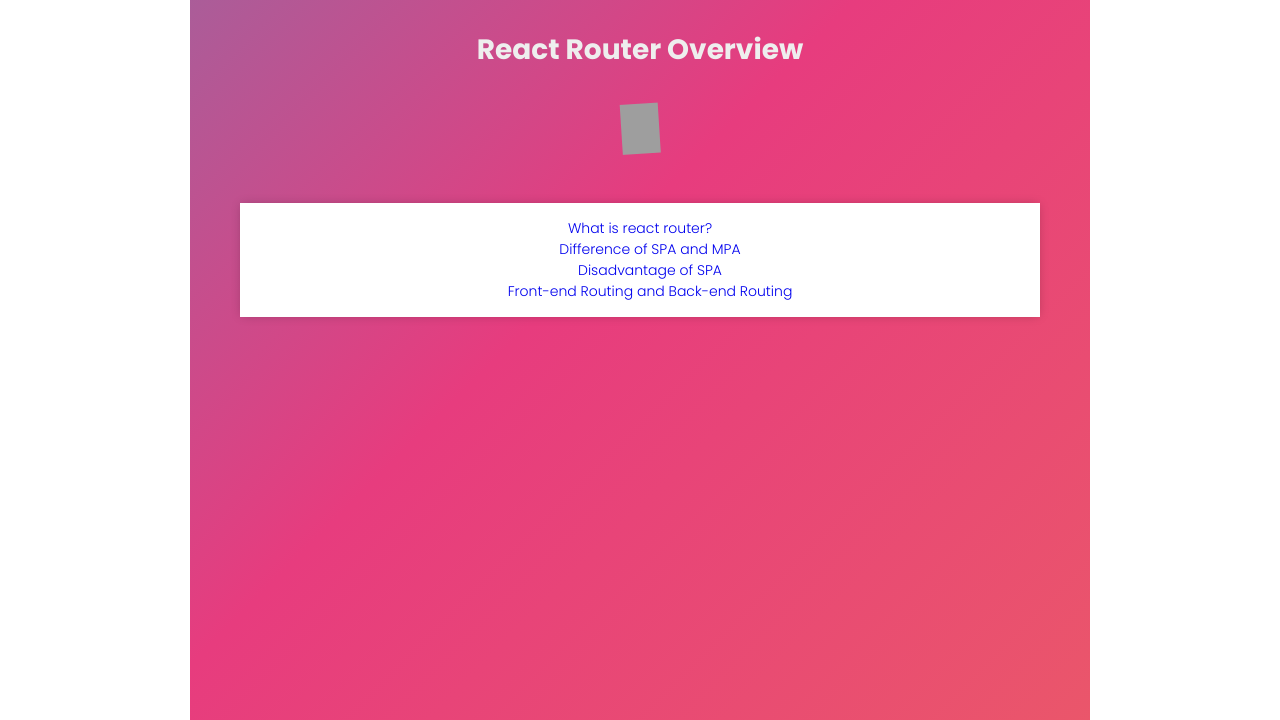
Repository: nguy3nds/2021-18-9-react
Page: /
The author's editor kept a copy of each file at every save. The page is drawn from the files as they stood at one save, then again after the next save.
The browser window is 1280 px wide. The pictures show the whole page.
Pictures or frames that could not be fetched are drawn as grey boxes. The project was rebuilt for these pictures with package versions that can differ from the ones it lists, and the page was loaded fresh each time. Also part of the build but not shown: src/components/What.js, src/components/Why.js, src/components/How.js.

Above is the page before, as saved 2021-09-19 21:53:46.

After the next save:
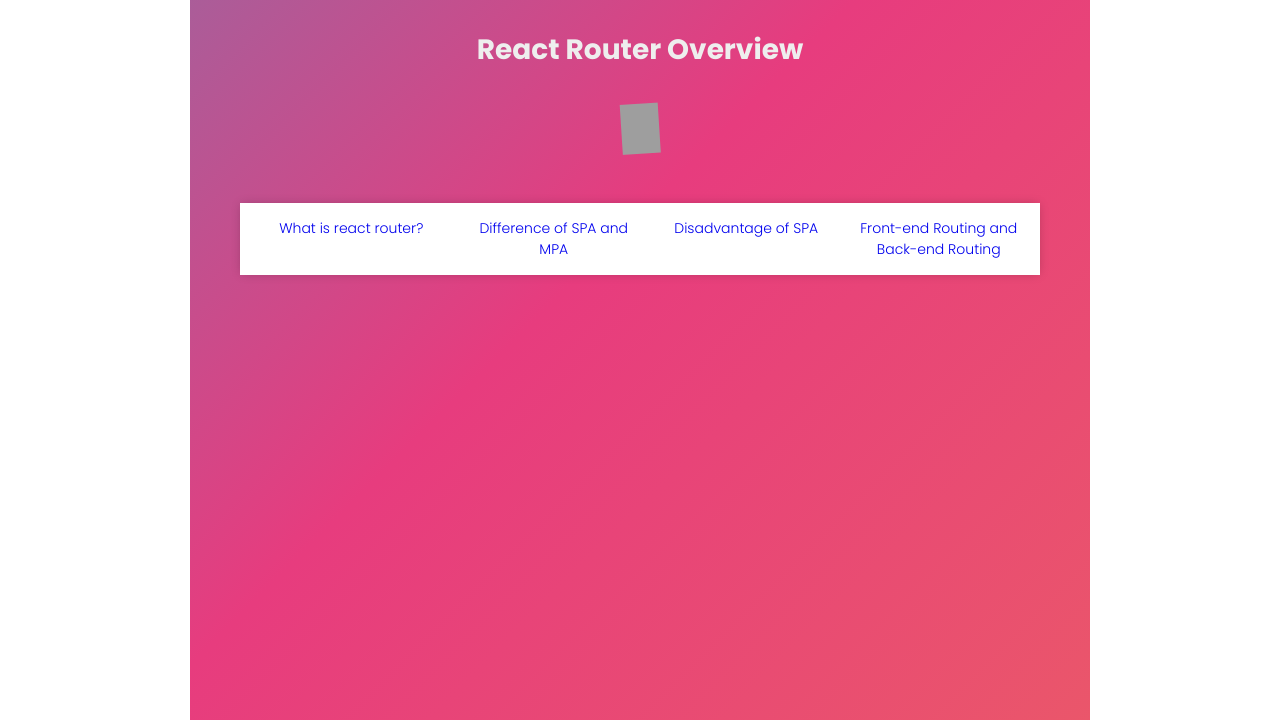
Saved 4 s later.
--- a/src/App.css
+++ b/src/App.css
@@ -62,7 +62,7 @@ button {
   max-width: 800px;
   margin: 30px auto;
   display: grid;
-  grid-template-columns: 1fr 1fr 1fr 1tr;
+  grid-template-columns: 1fr 1fr 1fr 1fr;
   justify-content: center;
   background-color: white;
   padding: 1.5rem;
